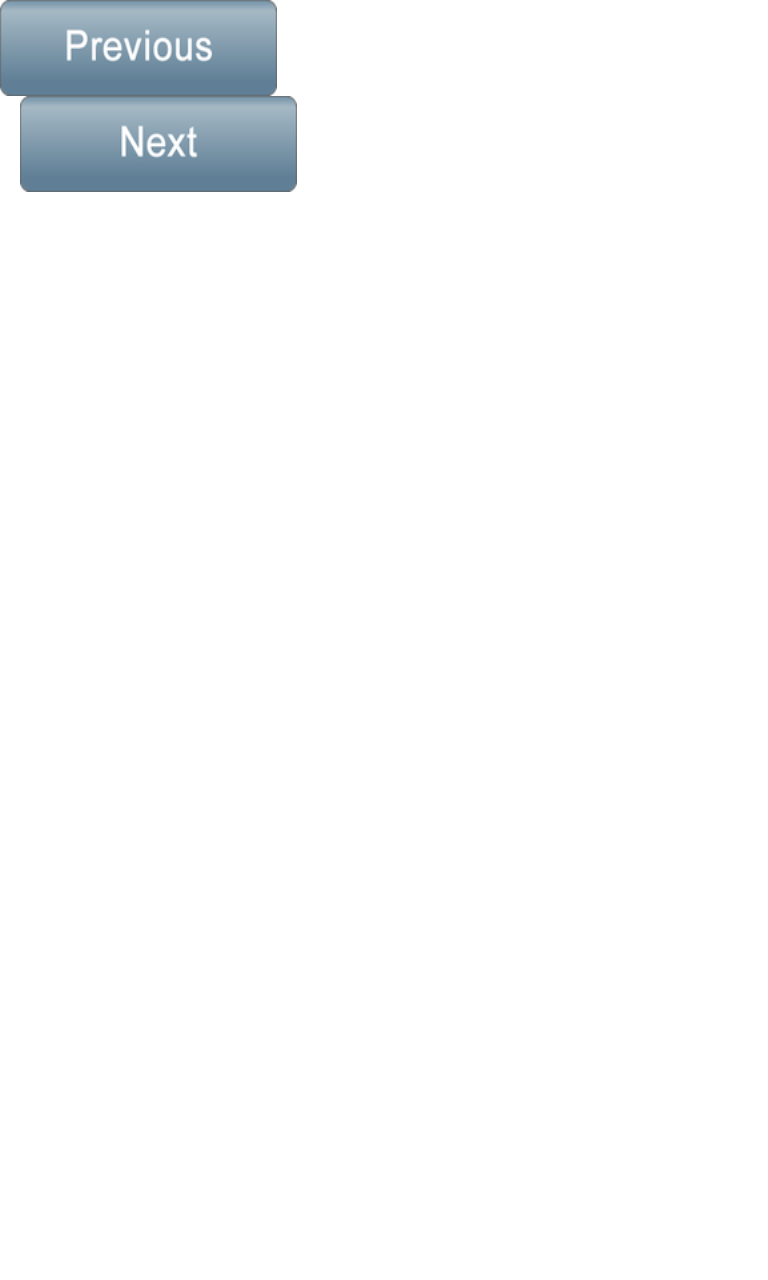
Repository: Pradeep-appstute/First
Layout: Control/res/layout/temp.xml
The author's editor kept a copy of each file at every save. The layout is drawn from the files as they stood at one save, then again after the next save.
It is drawn on a 768 x 1280 px phone screen (xhdpi) without system bars, with theme AppTheme; the app's code is not run.

Above is the layout before, as saved 2014-03-14 08:00:16.

### Control/res/layout/temp.xml
<?xml version="1.0" encoding="utf-8"?>
<LinearLayout xmlns:android="http://schemas.android.com/apk/res/android"
    android:layout_width="match_parent"
    android:layout_height="match_parent"
    android:orientation="vertical" >

        <Button
            android:id="@+id/ticketdetails_prev"
            android:layout_width="wrap_content"
            android:layout_height="wrap_content"
            android:background="@drawable/img_btnprevselected"
            android:layout_marginRight="10dp"

            />

        <Button
            android:id="@+id/ticketdetails_next"
            android:layout_width="wrap_content"
            android:layout_height="wrap_content"
            android:background="@drawable/button_nextbtn"
            android:layout_marginLeft="10dp"

            />
</LinearLayout>

### Control/res/drawable/button_nextbtn.xml
<?xml version="1.0" encoding="utf-8"?>
<selector xmlns:android="http://schemas.android.com/apk/res/android">

    <item android:drawable="@drawable/img_btnnextunselected" android:state_enabled="true"></item>
    <item android:drawable="@drawable/img_btnnextselected" android:state_enabled="false"></item>

</selector>

Loaded but not shown: Control/res/values/styles.xml (common file); Control/res/values-v11/styles.xml (common file); Control/res/values-v14/styles.xml (common file)

After the next save:
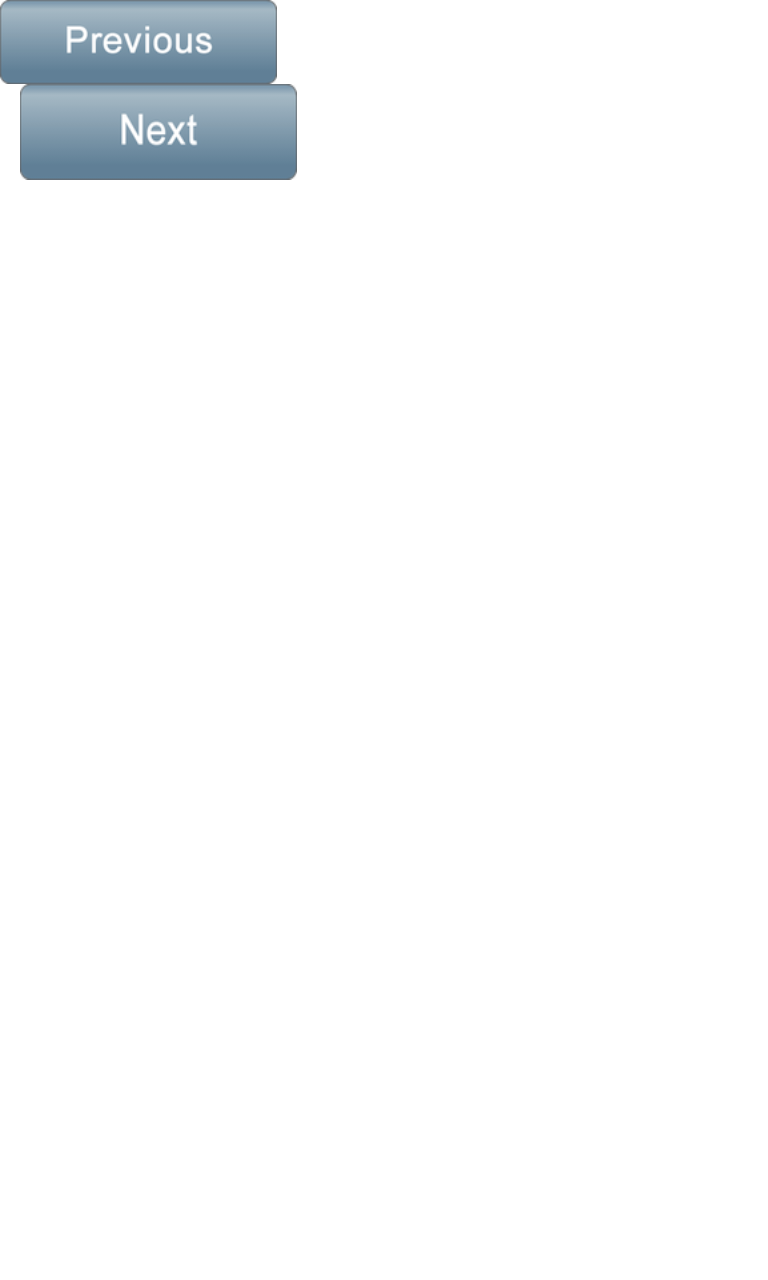
Saved 13 s later.
--- a/Control/res/layout/temp.xml
+++ b/Control/res/layout/temp.xml
@@ -4,7 +4,7 @@
     android:layout_height="match_parent"
     android:orientation="vertical" >
 
-        <Button
+        <ImageButton
             android:id="@+id/ticketdetails_prev"
             android:layout_width="wrap_content"
             android:layout_height="wrap_content"
